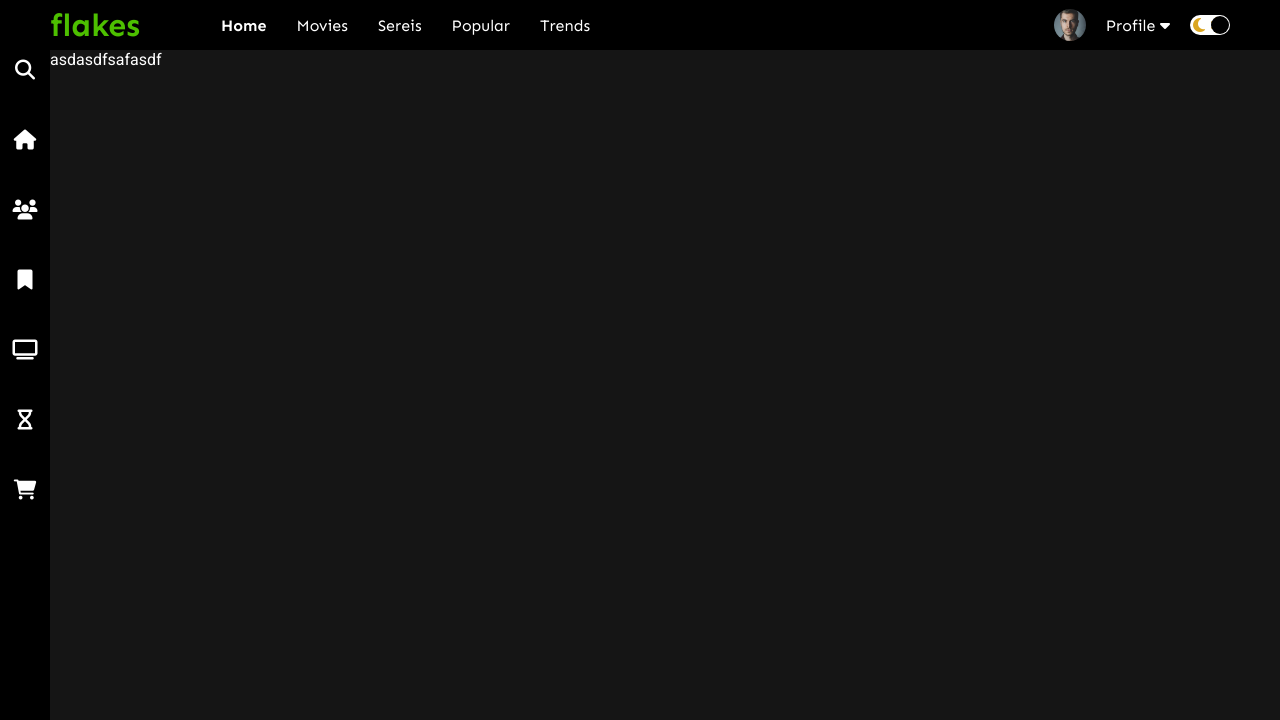
Repository: JulyK9/Movie-Website
Page: index.html
These files come from the project's save history. The page is drawn as it stood at one moment and after the next save; the edit follows.
The browser window is 1280 px wide. The pictures show the whole page.
Some web libraries are served in a nearby version.

Above is the page before, as saved 2022-07-03 22:53:40.

### index.html
<!DOCTYPE html>
<html lang="en">
<head>
    <meta charset="UTF-8">
    <meta http-equiv="X-UA-Compatible" content="IE=edge">
    <meta name="viewport" content="width=device-width, initial-scale=1.0">
    <title>Movie design</title>
    <link rel="stylesheet" href="style.css">

    <link rel="preconnect" href="https://fonts.googleapis.com">
    <link rel="preconnect" href="https://fonts.gstatic.com" crossorigin>
    <link href="https://fonts.googleapis.com/css2?family=Roboto:wght@100;300;400;500;700;900&family=Sen:wght@400;700;800&display=swap" rel="stylesheet">
    <link rel="stylesheet" href="https://cdnjs.cloudflare.com/ajax/libs/font-awesome/6.1.1/css/all.min.css">
</head>

<body>
    <nav class="navbar">
        <div class="navbar-container">
            <div class="logo-container"><h1 class="logo">flakes</h1></div>
            <div class="menu-container">
                <ul class="menu-list">
                    <li class="menu-list-item active">Home</li>
                    <li class="menu-list-item">Movies</li>
                    <li class="menu-list-item">Sereis</li>
                    <li class="menu-list-item">Popular</li>
                    <li class="menu-list-item">Trends</li>
                </ul>
            </div>
            <div class="profile-container">
                <img class="profile-picture" src="./img/profile.jpg" alt="profile">
                <div class="profile-text-container">
                    <span class="profile-text">Profile</span>
                    <i class="fa-solid fa-caret-down"></i>
                </div>
                <div class="toggle">
                    <i class="fa-solid fa-moon toggle-icon"></i>
                    <i class="fa-solid fa-sun toggle-icon"></i>
                    <div class="toggle-ball"></div>
                </div>
            </div>
        </div>
    </nav>
    <div class="sidebar">
        <i class="left-menu-icon fa-solid fa-magnifying-glass"></i>
        <i class="left-menu-icon fa-solid fa-house"></i>
        <i class="left-menu-icon fa-solid fa-users"></i>
        <i class="left-menu-icon fa-solid fa-bookmark"></i>
        <i class="left-menu-icon fa-solid fa-tv"></i>
        <i class="left-menu-icon fa-solid fa-hourglass"></i>
        <i class="left-menu-icon fa-solid fa-cart-shopping"></i>
    </div>
    <div class="container">
        <div class="content-container">
            asdasdfsafasdf
        </div>
    </div>

</body>

</html>

### style.css
* {
    box-sizing: border-box;
    margin: 0;
    text-decoration: none;
    list-style: none;
}

body {
    font-family: 'Roboto', sans-serif;
    /* overflow: hidden; */
}

.navbar {
    width: 100%;
    height: 50px;
    background-color: black;
}

.navbar-container {
    height: 100%;
    display: flex;
    align-items: center;
    padding: 0 50px;
    color: white;
    font-family: 'Sen', sans-serif;
}

.logo-container {
    flex: 1;
}

.logo {
    font-size: 2rem;
    color: #4dbf00;
}

.menu-container {
    flex: 6;
}

.menu-list {
    display: flex;
    align-items: center;
}

.menu-list-item {
    margin-right: 30px;   /* item 간 간격 조정 */
}

.menu-list-item.active {  /* class 를 2개 부여해서 선택해 줌 */
    font-weight: bold;
}

.profile-container {
    flex: 2;
    display: flex;
    align-items: center;
    justify-content: flex-end;
}

.profile-picture {
    width: 32px;
    height: 32px;
    border-radius: 50%;
    object-fit: cover;   /* 가로세로 비율은 유지하면서 컨텐이너에 꽉 차게 설정 */
}

.toggle {
    width: 40px;
    height: 20px;
    background-color: white;
    border-radius: 30px;
    display: flex;
    justify-content: space-around;
    align-items: center;
    position: relative;  /* toggle-ball을 toggle내에서 움직이도록 설정 */
}

.toggle-icon {
    color: goldenrod;
}

.toggle-ball {
    width: 18px;
    height: 18px;
    background-color: black;
    border-radius: 50%;
    position: absolute;  /* 독립적이고 자유로운 배치권한 부여 */
    right: 1px;
    cursor: pointer;
}

.profile-text-container {
    margin: 0 20px;
}

.sidebar {
    width: 50px;
    height: 100%;
    background-color: black;
    position: fixed;   /* 스크롤바 생기는 부분 제거 및 사이드바 고정 */
    top: 0;     /* 사이드바 상단 고정 */
    display: flex;
    flex-direction: column;
    align-items: center;
    padding-top: 60px;  /* 전체적으로 상단에서 얼마나 떨어져 시작할건지 */
}

.left-menu-icon {
    color: white;
    font-size: 20px;
    margin-bottom: 50px;  /* 아이콘 간격을 얼마나 줄 것인가 */
}

.container {
    background-color: #151515;
    height: calc(100vh - 50px); /* 스크롤 생겨서 navbar px 만큼 빼줌 */
    color: white;
    /* margin-left: 50px; 일케해도 되긴 되는데.. */
}

.content-container {
    margin-left: 50px;  /* 콘텐츠 영역을 sidebar 만큼 옆으로 빼줌 */
}

After the next save:
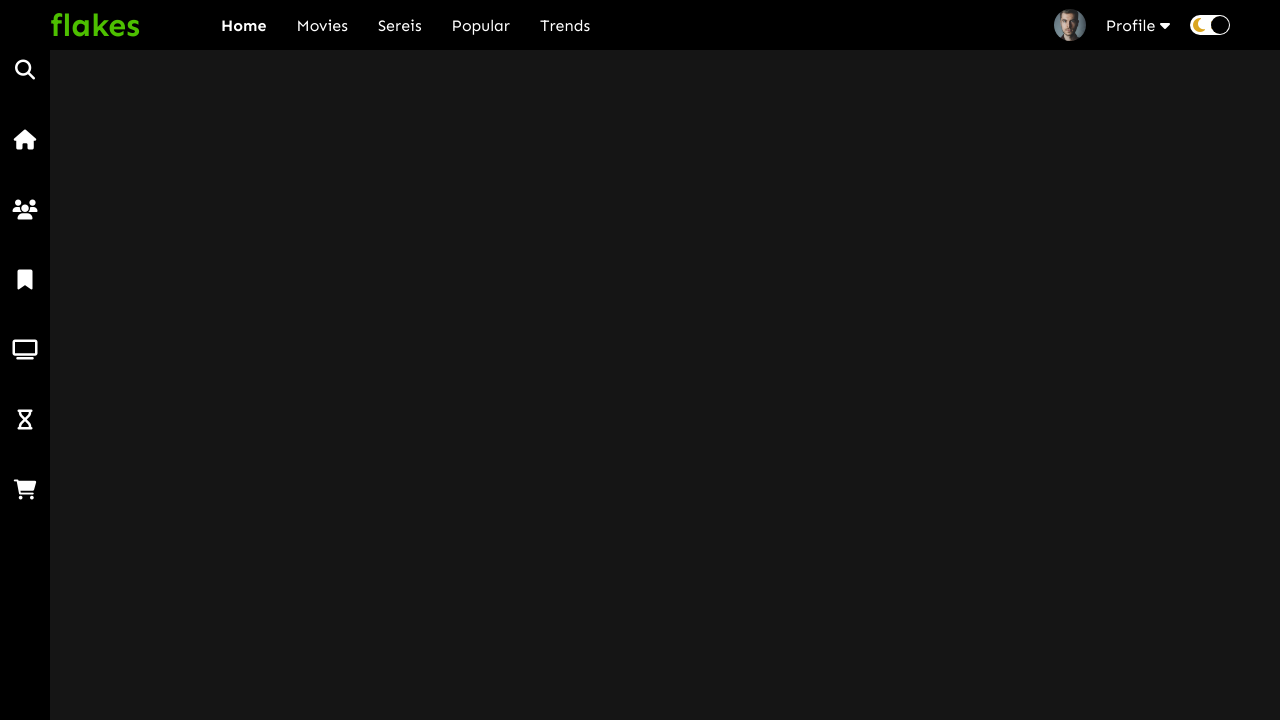
Saved 3 min 52 s later.
--- a/index.html
+++ b/index.html
@@ -51,7 +51,7 @@
     </div>
     <div class="container">
         <div class="content-container">
-            asdasdfsafasdf
+            <div class="feature-content"></div>
         </div>
     </div>
 
